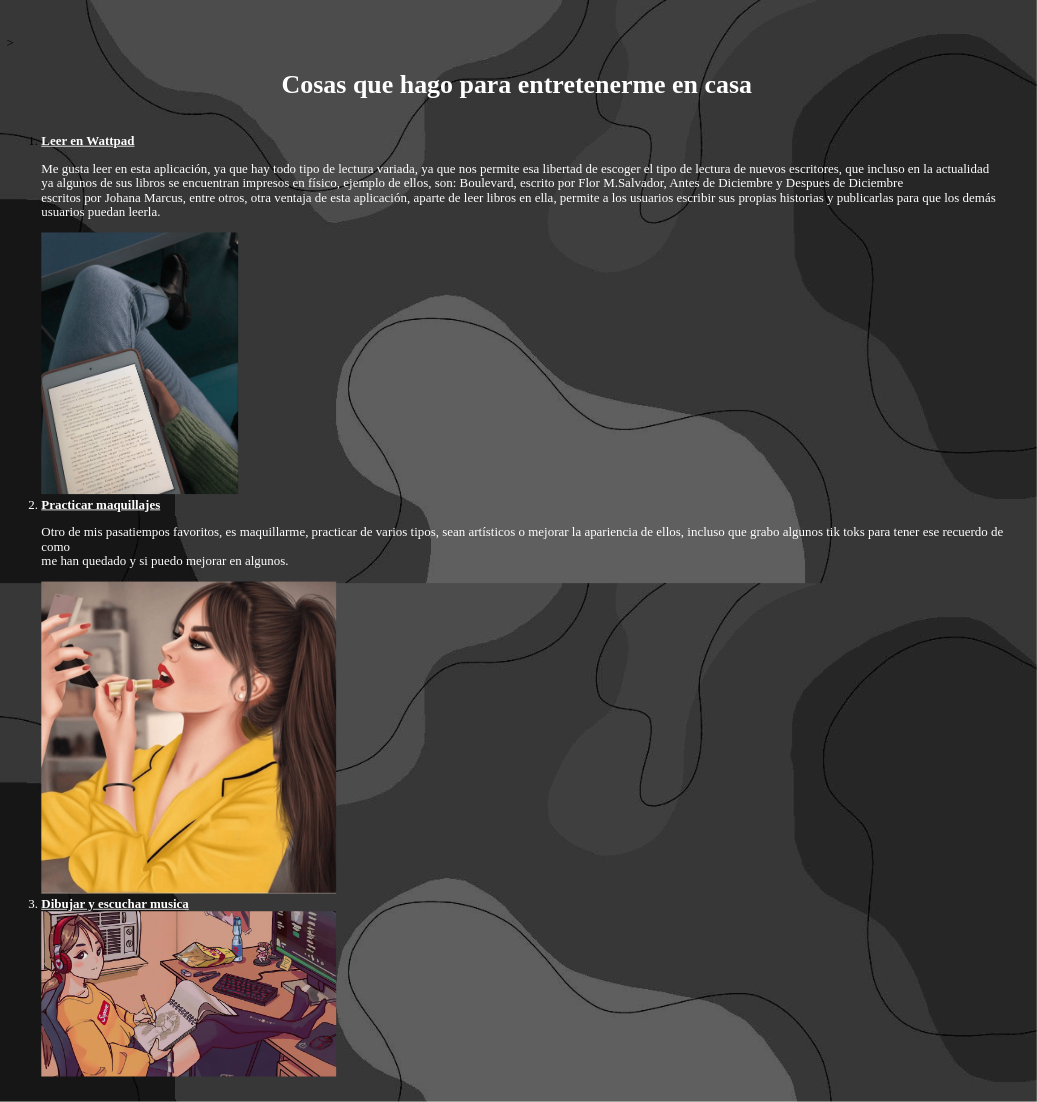
Repository: darlyn-saravia27/portafolio-darlynsaravia
Page: archivoshtml/entretenimiento.html
These files come from the project's save history. The page is drawn as it stood at one moment and after the next save; the edit follows.
The browser window is 1280 px wide. The pictures show the whole page, at 81% of full size.

Above is the page before, as saved 2023-03-05 04:17:28.

After the next save:
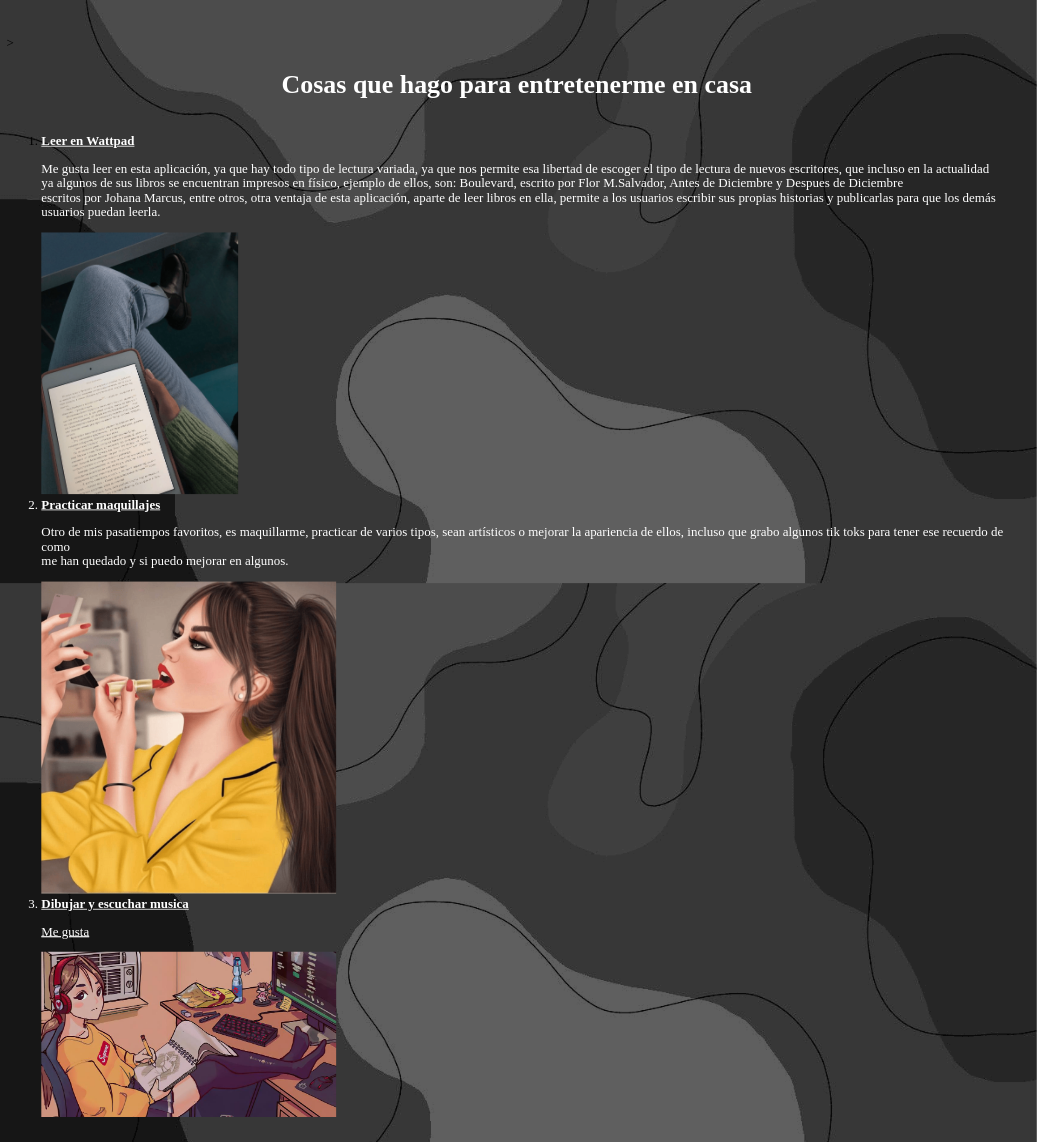
Saved 53 s later.
--- a/archivoshtml/entretenimiento.html
+++ b/archivoshtml/entretenimiento.html
@@ -27,9 +27,11 @@
                 <li type="1"><font color="white"><strong><u>Practicar maquillajes</strong></font></u></li>
                 <p>Otro de mis pasatiempos favoritos, es maquillarme, practicar de varios tipos, sean artísticos o mejorar la apariencia
                     de ellos, incluso que grabo algunos tik toks para tener ese recuerdo de como<br>me han quedado y si puedo mejorar en algunos.
-                    </p>
+                </p>
                     <img src="art.png" width="30%" height="30%">
                 <li type="1"><strong><font color="white"><u>Dibujar y escuchar musica<u></font></strong></li>
+                    <p>Me gusta
+                    </p>
                     <img src="dibujo.png" width="30%" height="30%">
                 </ol>
             </td>
